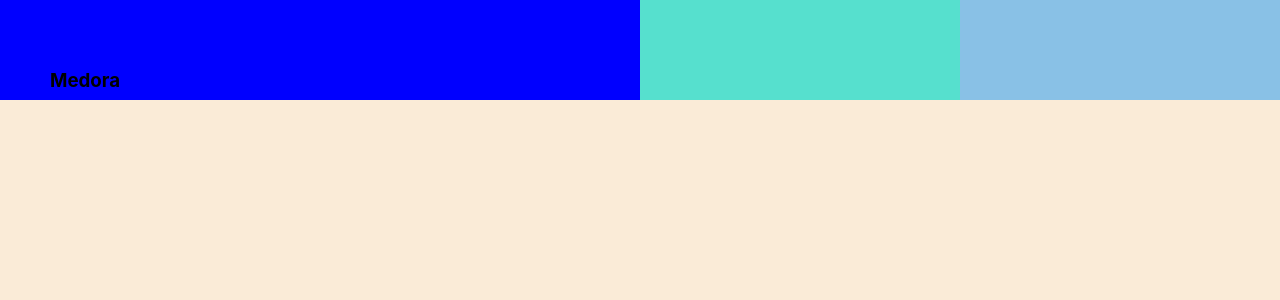
Repository: SbuKhoza/medora
Page: /
An editor plug-in stored every save of this project. The page is shown before and after the next save, followed by the edit.
The browser window is 1280 px wide. The pictures show the whole page.
The project was rebuilt for these pictures with package versions that can differ from the ones it lists, and the page was loaded fresh each time.

Above is the page before, as saved 2024-07-09 13:43:40.

### src/App.js

import './App.css';

function App() {
  return (

   <div className='container'>


    <div className='navleft'>

      <div className='icondiv'>
      <h3 className='icon'>Medora</h3>
      </div>


    </div>

    <div className='navcenter'>

    </div>

    <div className='navright'>

    </div>

  </div>
  );
}

export default App;

### src/App.css
body {
  background-color: antiquewhite;
}

.container {
  display: flex;
  height: 100vh;
}

.navleft {
  display: flex;
  width: 50%;
  height:100px;
  background-color: blue;
}

.navcenter {
  display: flex;
  width: 25%;
  height:100px;
  background-color: rgb(86, 224, 206);
}

.navright {
  display: flex;
  width: 25%;
  height:100px;
  background-color: rgb(137, 193, 230);
}

.icondiv {
  width: 60px;
  height: 60px;
  margin: 50px;

}

Loaded but not shown: public/index.html (common file); src/index.js (common file); src/index.css (common file); src/reportWebVitals.js (common file)

After the next save:
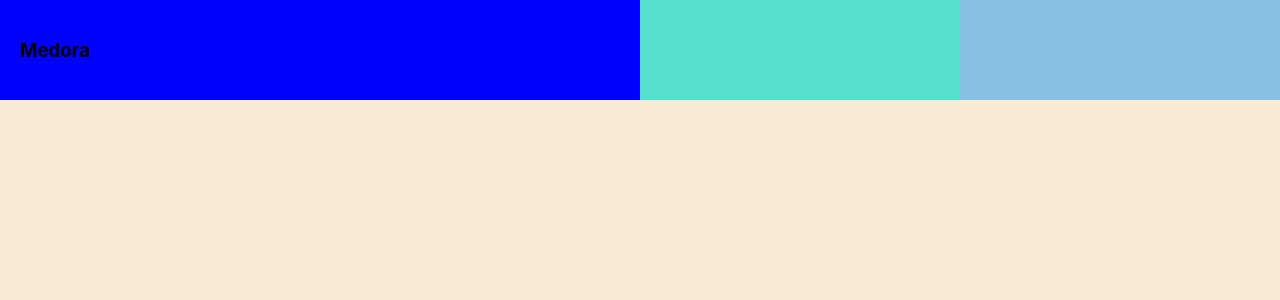
Saved 8 s later.
--- a/src/App.css
+++ b/src/App.css
@@ -31,6 +31,6 @@ body {
 .icondiv {
   width: 60px;
   height: 60px;
-  margin: 50px;
+  margin: 20px;
 
 }
